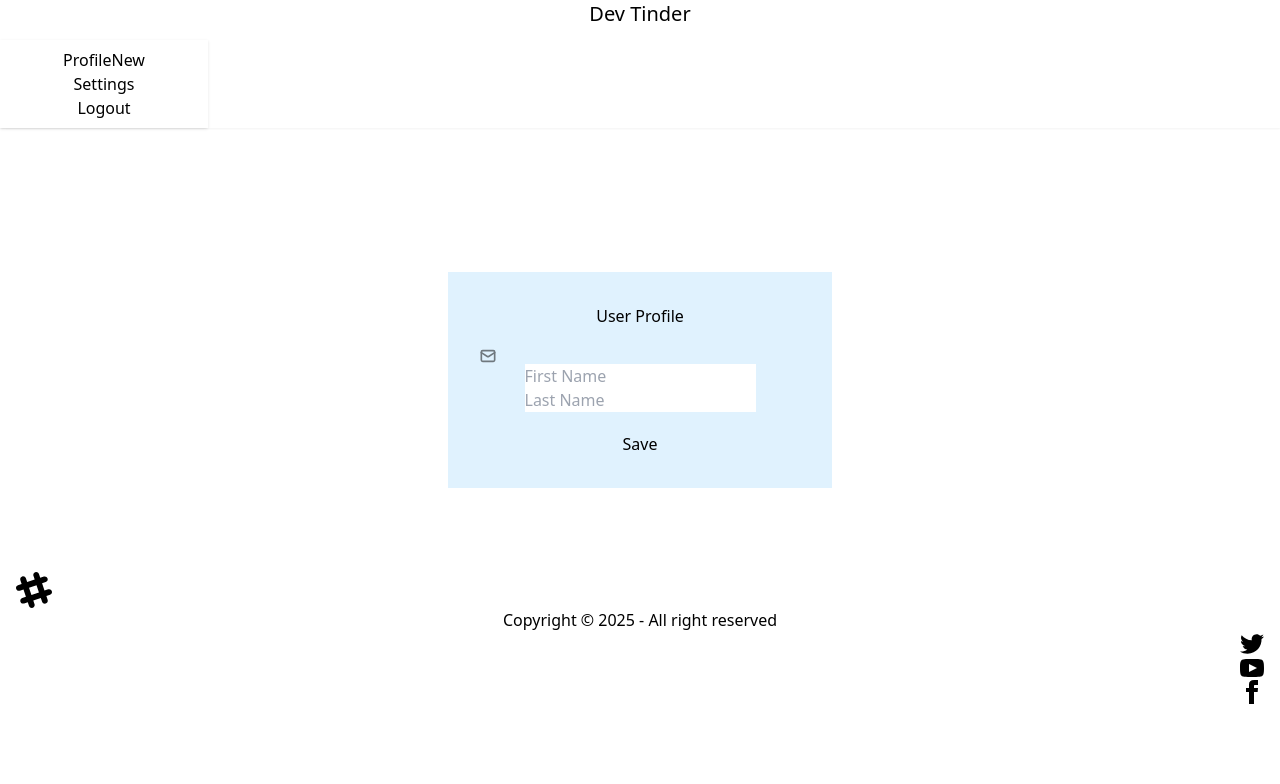
Repository: ROHIT8804/devTinderFrontEnd
Page: /profile (app in devTinder-Web/)
The author's editor kept a copy of each file at every save. The page is drawn from the files as they stood at one save, then again after the next save.
The browser window is 1280 px wide. The pictures show the whole page.
The page's requests for data from a server got no answer. The project was rebuilt for these pictures with package versions that can differ from the ones it lists, and the page was loaded fresh each time. No one was signed in, and anything a server would have sent is missing. Also part of the build but not shown: devTinder-Web/vite.config.js, devTinder-Web/src/components/Login.jsx, devTinder-Web/src/components/UserCard.jsx, devTinder-Web/src/components/Feed.jsx.

Above is the page before, as saved 2025-08-09 11:32:19.

### devTinder-Web/src/App.jsx
import { useState } from "react";
import "./App.css";
import { Routes } from "react-router-dom";
import { BrowserRouter, Route } from "react-router-dom";
import Body from "./components/Body";
import Login from "./components/Login";
import Profile from "./components/Profile";
import { Provider } from "react-redux";
import appStore from "./utils/appStore";
import Feed from "./components/Feed";

function App() {
  const [count, setCount] = useState(0);

  return (
    <>
    <Provider store={appStore}>
      <BrowserRouter>
        <Routes>
          <Route path="/" element={<Body />} >
            <Route path="/feed" element={<Feed />} />
            <Route path="/login" element={<Login />} />
            <Route path="/profile" element={<Profile />} />
          </Route>
        </Routes>
      </BrowserRouter>
      </Provider>
    </>
  );
}

export default App;

### devTinder-Web/src/components/Body.jsx
import { Outlet } from "react-router-dom";
import Nav from "./Nav";
import Footer from "./Footer";
import axios from "axios";
import { BASE_URL } from "../utils/constants";
import { useDispatch } from "react-redux";
import { useEffect } from "react";
import { setUser } from "../utils/userSlice";
import { useNavigate } from "react-router-dom";
import { useSelector } from "react-redux";

function Body() {
  const dispatch = useDispatch();
  const navigate = useNavigate();
  const userData = useSelector((state) => console.log("State in Body:", state) || state.user);

  const fetchUser = async () => {
    if(userData.name) return;
    try{
        const user = await axios.get(BASE_URL + '/profile',{
        withCredentials: true
      })
      dispatch(setUser({ name:user.data.user.firstName, email: user.data.user.emailId }));
    }
    catch (error) {
      if(error.response && error.response.status === 401) {
        localStorage.removeItem('user');
        navigate('/login');
      }
      console.error("Error fetching user:", error);
    }

  }

  useEffect(() => {
    fetchUser();
  }, []);

  return (
    <div className="relative min-h-screen ">
      {/* Fixed Navbar */}
      <div className="fixed top-0 left-0 w-full z-50">
        <Nav />
      </div>
      {/* Main Content */}
      <div className="flex flex-col items-center justify-center pt-[3.5rem] pb-[5rem] min-h-screen">
        <Outlet />
      </div>
      {/* Fixed Footer */}
      <div className="fixed bottom-0 left-0 w-full z-50">
        <Footer />
      </div>
    </div>
  );
}

export default Body;

### devTinder-Web/src/components/Profile.jsx
import React, { useState, useEffect } from 'react';
import axios from 'axios';
import { useDispatch, useSelector } from 'react-redux';
import { setUser } from '../utils/userSlice';
import { useNavigate } from 'react-router-dom';
import { BASE_URL } from '../utils/constants';

function Profile() {

  const user = useSelector((state) => state.user);
  const [firstName, setFirstName] = useState(user.firstName || "");
  const [lastName, setLastName] = useState(user.lastName || "");
  const [gender, setGender] = useState("");
  const [photoUrl, setPhotoUrl] = useState("");
  const [error, setError] = useState("");
  const dispatch = useDispatch();
  const navigate = useNavigate();

  const handleProfileEdit = async (e) => {
    try {
      const response = await axios.patch(BASE_URL + '/profile/update', {
        firstName: firstName,
        lastName:lastName,
        gender:gender,
        photoUrl:photoUrl
      },
      {withCredentials: true}
    );
    // const { firstName, emailId } = response.data.user;
    // localStorage.setItem('user', JSON.stringify({ name:firstName, email: emailId }));
    // dispatch(setUser({ name:firstName, email: emailId }));

    } catch (error) {
      setError(error?.response?.data || "Login failed. Please try again.");
      console.error("Error handling email change:", error?.response?.data);
    }
  }

  useEffect(() => {
    const user = localStorage.getItem('user');
    // if(user){
    //   navigate('/feed');
    // }
  },[navigate]);

  return (
    <div className="card card-border bg-base-100 w-96" style={{ backgroundColor: "#e0f2fe" }}>
        <h2 className="card-title justify-center">User Profile</h2>
      <div className="card-body">
        <div className="mt-5">
          <label className="input validator">
            <svg
              className="h-[1em] opacity-50"
              xmlns="http://www.w3.org/2000/svg"
              viewBox="0 0 24 24"
            >
              <g
                strokeLinejoin="round"
                strokeLinecap="round"
                strokeWidth="2.5"
                fill="none"
                stroke="currentColor"
              >
                <rect width="20" height="16" x="2" y="4" rx="2"></rect>
                <path d="m22 7-8.97 5.7a1.94 1.94 0 0 1-2.06 0L2 7"></path>
              </g>
            </svg>
            <input type="email" value={firstName} onChange={(e)=>setFirstName(e.target.value)} placeholder="First Name" required />
          </label>
          <input type="email" value={lastName} onChange={(e)=>setLastName(e.target.value)} placeholder="Last Name" required />
        </div>

        <p className="text-red-500 text-left w-full">{error}</p>
        <div className="card-actions justify-center mt-5">
          <button className="btn btn-primary" onClick={handleProfileEdit}>Save</button>
        </div>
      </div>
    </div>
  );

}

export default Profile;

### devTinder-Web/src/utils/appStore.js
import { configureStore } from '@reduxjs/toolkit';
import userReducer from './userSlice';
import feedReducer from './feedSlice';

const appStore = configureStore({
  reducer: {
    user: userReducer,
    feed: feedReducer,
  },
});

export default appStore;

### devTinder-Web/src/components/Nav.jsx
import { useSelector, useDispatch } from "react-redux";
import { useNavigate, Link } from "react-router-dom";
import axios from "axios";
import { BASE_URL } from "../utils/constants";
import { clearUser } from "../utils/userSlice";

function Nav() {
  const navigate = useNavigate();
  const user = useSelector((state) => state.user);
  const dispatch = useDispatch();

  const handleLogout = async () => {
    try{
      await axios.post(BASE_URL + '/logout', {}, { withCredentials: true });
      localStorage.removeItem('user');
      dispatch(clearUser());
      navigate('/login');
    }
    catch (error) {
      console.error("Error during logout:", error);
    }
  }

  return (
    <>
      {/* Navigation Bar */}
      <div className="navbar bg-base-100 shadow-sm">
        <div className="flex-1">
          <Link to="/" className="btn btn-ghost text-xl justify-start">Dev Tinder</Link>
        </div>
        <div className="flex gap-2">
          {/* <input
            type="text"
            placeholder="Search"
            className="input input-bordered w-24 md:w-auto"
          /> */}
          <div className="dropdown dropdown-end">
            <div
              tabIndex={0}
              role="button"
              className="btn btn-ghost btn-circle avatar"
            >
              <div className="w-10 rounded-full">
                {user && user.name ? (
                  <img
                  alt="Tailwind CSS Navbar component"
                  src="https://img.daisyui.com/images/stock/photo-1534528741775-53994a69daeb.webp"
                />
                ): null}

              </div>
            </div>
            <ul
              tabIndex={0}
              className="menu menu-sm dropdown-content bg-base-100 rounded-box z-1 mt-3 w-52 p-2 shadow"
            >
              <li>
                <Link
                  to="/profile"
                 className="justify-between">
                  Profile
                  <span className="badge">New</span>
                </Link>
              </li>
              <li>
                <a>Settings</a>
              </li>
              <li>
                <a onClick={handleLogout}>Logout</a>
              </li>
            </ul>
          </div>
        </div>
      </div>
    </>
  );
}

export default Nav;

### devTinder-Web/src/components/Footer.jsx
function Footer() {
  return (
    <div>
        {/* Footer */}
      <footer className="footer sm:footer-horizontal bg-neutral text-neutral-content items-center p-4">
        <aside className="grid-flow-col items-center">
          <svg
            width="36"
            height="36"
            viewBox="0 0 24 24"
            xmlns="http://www.w3.org/2000/svg"
            fillRule="evenodd"
            clipRule="evenodd"
            className="fill-current">
            <path
              d="M22.672 15.226l-2.432.811.841 2.515c.33 1.019-.209 2.127-1.23 2.456-1.15.325-2.148-.321-2.463-1.226l-.84-2.518-5.013 1.677.84 2.517c.391 1.203-.434 2.542-1.831 2.542-.88 0-1.601-.564-1.86-1.314l-.842-2.516-2.431.809c-1.135.328-2.145-.317-2.463-1.229-.329-1.018.211-2.127 1.231-2.456l2.432-.809-1.621-4.823-2.432.808c-1.355.384-2.558-.59-2.558-1.839 0-.817.509-1.582 1.327-1.846l2.433-.809-.842-2.515c-.33-1.02.211-2.129 1.232-2.458 1.02-.329 2.13.209 2.461 1.229l.842 2.515 5.011-1.677-.839-2.517c-.403-1.238.484-2.553 1.843-2.553.819 0 1.585.509 1.85 1.326l.841 2.517 2.431-.81c1.02-.33 2.131.211 2.461 1.229.332 1.018-.21 2.126-1.23 2.456l-2.433.809 1.622 4.823 2.433-.809c1.242-.401 2.557.484 2.557 1.838 0 .819-.51 1.583-1.328 1.847m-8.992-6.428l-5.01 1.675 1.619 4.828 5.011-1.674-1.62-4.829z"></path>
          </svg>
          <p>Copyright © {new Date().getFullYear()} - All right reserved</p>
        </aside>
        <nav className="grid-flow-col gap-4 md:place-self-center md:justify-self-end">
          <a>
            <svg
              xmlns="http://www.w3.org/2000/svg"
              width="24"
              height="24"
              viewBox="0 0 24 24"
              className="fill-current">
              <path
                d="M24 4.557c-.883.392-1.832.656-2.828.775 1.017-.609 1.798-1.574 2.165-2.724-.951.564-2.005.974-3.127 1.195-.897-.957-2.178-1.555-3.594-1.555-3.179 0-5.515 2.966-4.797 6.045-4.091-.205-7.719-2.165-10.148-5.144-1.29 2.213-.669 5.108 1.523 6.574-.806-.026-1.566-.247-2.229-.616-.054 2.281 1.581 4.415 3.949 4.89-.693.188-1.452.232-2.224.084.626 1.956 2.444 3.379 4.6 3.419-2.07 1.623-4.678 2.348-7.29 2.04 2.179 1.397 4.768 2.212 7.548 2.212 9.142 0 14.307-7.721 13.995-14.646.962-.695 1.797-1.562 2.457-2.549z"></path>
            </svg>
          </a>
          <a>
            <svg
              xmlns="http://www.w3.org/2000/svg"
              width="24"
              height="24"
              viewBox="0 0 24 24"
              className="fill-current">
              <path
                d="M19.615 3.184c-3.604-.246-11.631-.245-15.23 0-3.897.266-4.356 2.62-4.385 8.816.029 6.185.484 8.549 4.385 8.816 3.6.245 11.626.246 15.23 0 3.897-.266 4.356-2.62 4.385-8.816-.029-6.185-.484-8.549-4.385-8.816zm-10.615 12.816v-8l8 3.993-8 4.007z"></path>
            </svg>
          </a>
          <a>
            <svg
              xmlns="http://www.w3.org/2000/svg"
              width="24"
              height="24"
              viewBox="0 0 24 24"
              className="fill-current">
              <path
                d="M9 8h-3v4h3v12h5v-12h3.642l.358-4h-4v-1.667c0-.955.192-1.333 1.115-1.333h2.885v-5h-3.808c-3.596 0-5.192 1.583-5.192 4.615v3.385z"></path>
            </svg>
          </a>
        </nav>
      </footer>
    </div>
  )
}

export default Footer;

### devTinder-Web/src/utils/userSlice.js
// utils/userSlice.js
import { createSlice } from '@reduxjs/toolkit';

const userSlice = createSlice({
  name: 'user',
  initialState: {
    name: null,
    email: null,
  },
  reducers: {
    setUser: (state, action) => {
      state.name = action.payload.name;
      state.email = action.payload.email;
    },
    clearUser: (state) => {
      state.name = null;
      state.email = null;
    },
  },
});

export const { setUser, clearUser } = userSlice.actions;
export default userSlice.reducer;

### devTinder-Web/src/utils/feedSlice.js
import { createSlice } from '@reduxjs/toolkit';

const feedSlice = createSlice({
    name: 'feed',
    initialState:{
        feedData: null,
    },
    reducers: {
        setFeed: (state, action) => {
            state.feedData = action.payload;
        },
        clearFeed: (state) => {
            state.feedData = null;
        },
    },
})

export const { setFeed, clearFeed } = feedSlice.actions;
export default feedSlice.reducer;

### devTinder-Web/tailwind.config.js
/** @type {import('tailwindcss').Config} */
export default {
  content: [
    "./index.html",
    "./src/**/*.{js,ts,jsx,tsx}",
  ],
  theme: {
    extend: {},
  },
  plugins: [require("daisyui")],
  daisyui: {
    themes: ["light", "dark", "cupcake"],
    darkTheme: "light", // Set this to "light" for light theme default
    base: true,
    styled: true,
    utils: true,
  },
}

Loaded but not shown: devTinder-Web/index.html (common file); devTinder-Web/src/main.jsx (common file); devTinder-Web/src/index.css (common file); devTinder-Web/src/App.css (common file); devTinder-Web/src/utils/constants.js (common file)

After the next save:
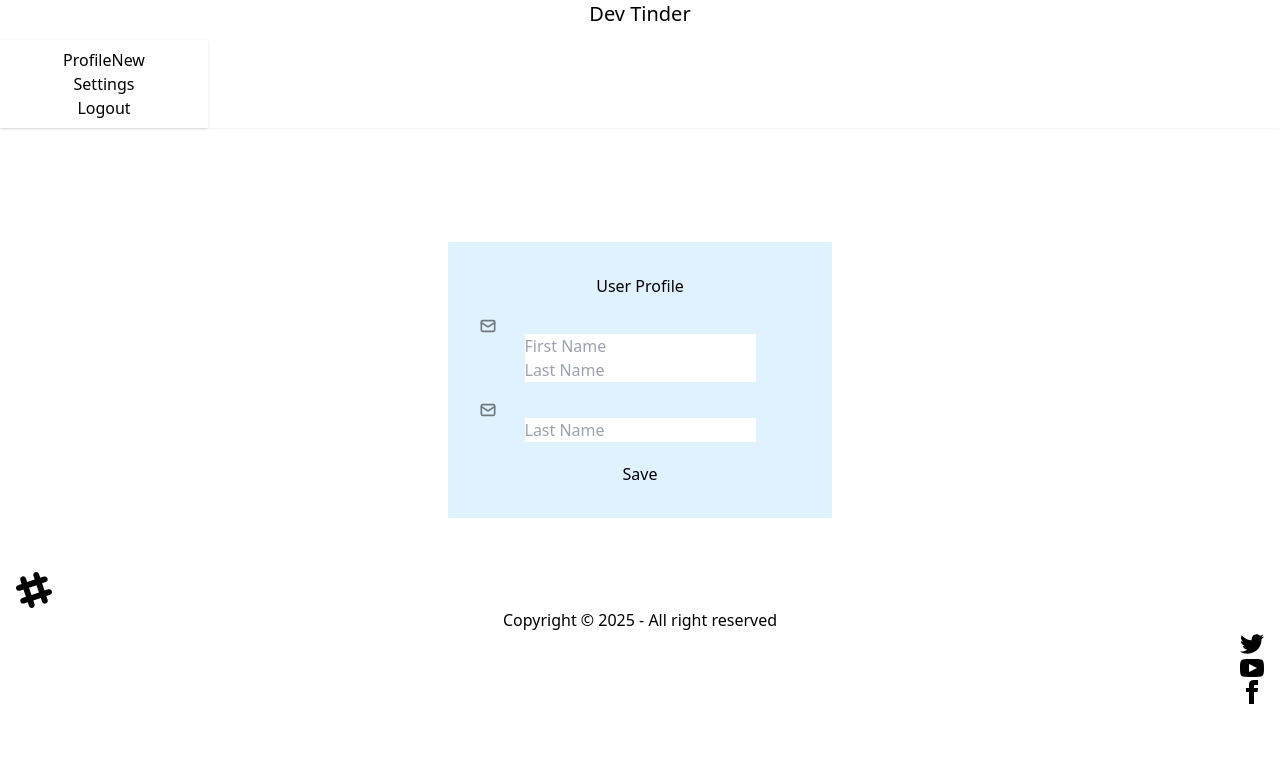
Saved 2 min 33 s later.
--- a/devTinder-Web/src/components/Profile.jsx
+++ b/devTinder-Web/src/components/Profile.jsx
@@ -69,6 +69,27 @@ function Profile() {
           </label>
           <input type="email" value={lastName} onChange={(e)=>setLastName(e.target.value)} placeholder="Last Name" required />
         </div>
+        <div className="mt-5">
+          <label className="input validator">
+            <svg
+              className="h-[1em] opacity-50"
+              xmlns="http://www.w3.org/2000/svg"
+              viewBox="0 0 24 24"
+            >
+              <g
+                strokeLinejoin="round"
+                strokeLinecap="round"
+                strokeWidth="2.5"
+                fill="none"
+                stroke="currentColor"
+              >
+                <rect width="20" height="16" x="2" y="4" rx="2"></rect>
+                <path d="m22 7-8.97 5.7a1.94 1.94 0 0 1-2.06 0L2 7"></path>
+              </g>
+            </svg>
+            <input type="email" value={lastName} onChange={(e)=>setLastName(e.target.value)} placeholder="Last Name" required />
+          </label>
+        </div>
 
         <p className="text-red-500 text-left w-full">{error}</p>
         <div className="card-actions justify-center mt-5">
